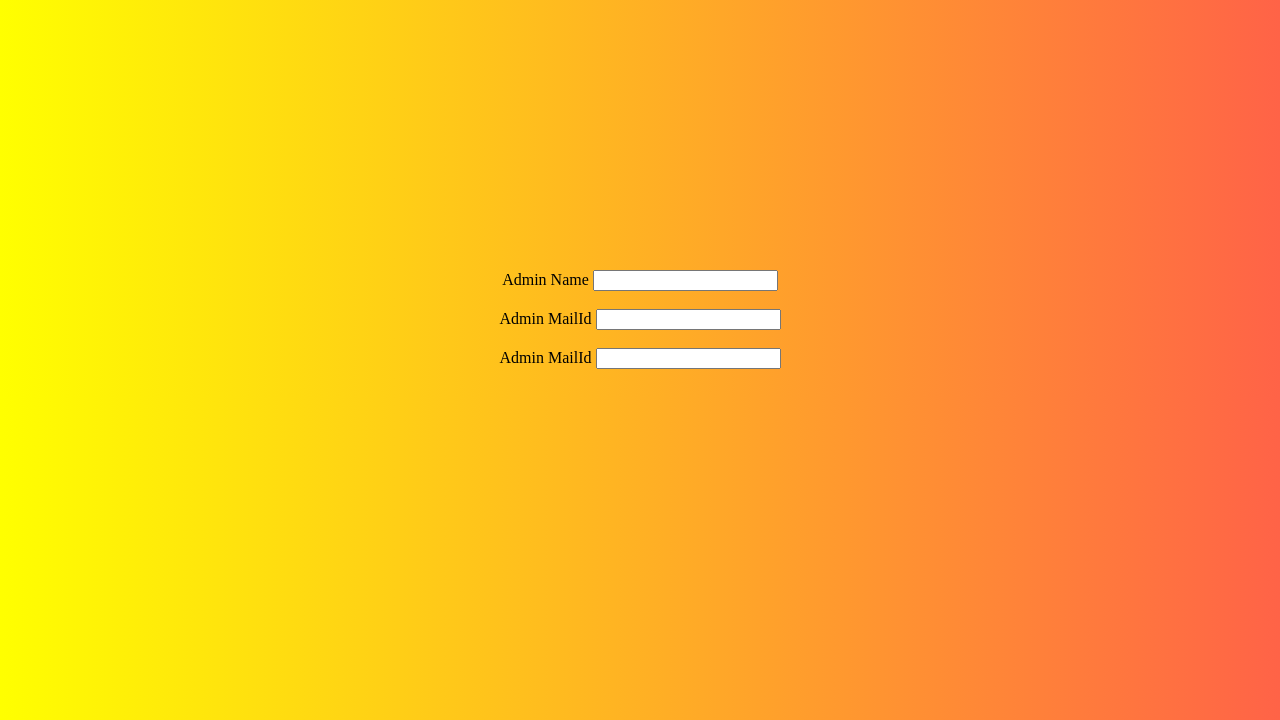
Repository: selvakumar46/Project-Maven
Page: http://localhost/ProjectKFC/NewAdmin.jsp
An editor plug-in stored every save of this project. The page is shown before and after the next save, followed by the edit.
The browser window is 1280 px wide. The pictures show the whole page.
The page is served by Tomcat 9. Nobody is signed in. The application's start-up code is not run.

Above is the page before, as saved 2022-01-09 07:56:59.

After the next save:
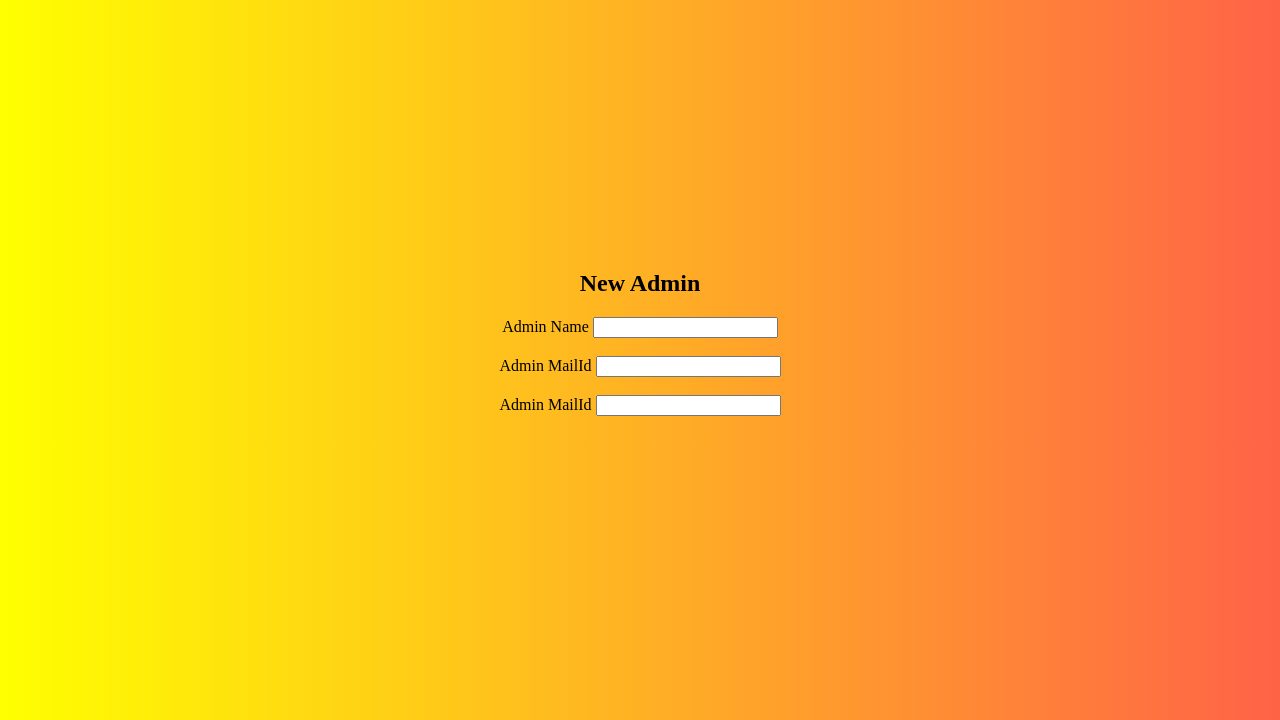
Saved 35 s later.
--- a/ProjectKFC/src/main/webapp/NewAdmin.jsp
+++ b/ProjectKFC/src/main/webapp/NewAdmin.jsp
@@ -19,6 +19,7 @@
 	<center>
 		<form action="newAdmin">
 			<div class="container">
+				<h2>New Admin</h2>
 				<label for="adminName" id="adminName">Admin Name</label>
 				<input type="text" name="adminName" required> <br> <br>
 				<label for="adminMailId" id="adminMAilId">Admin MailId</label>
